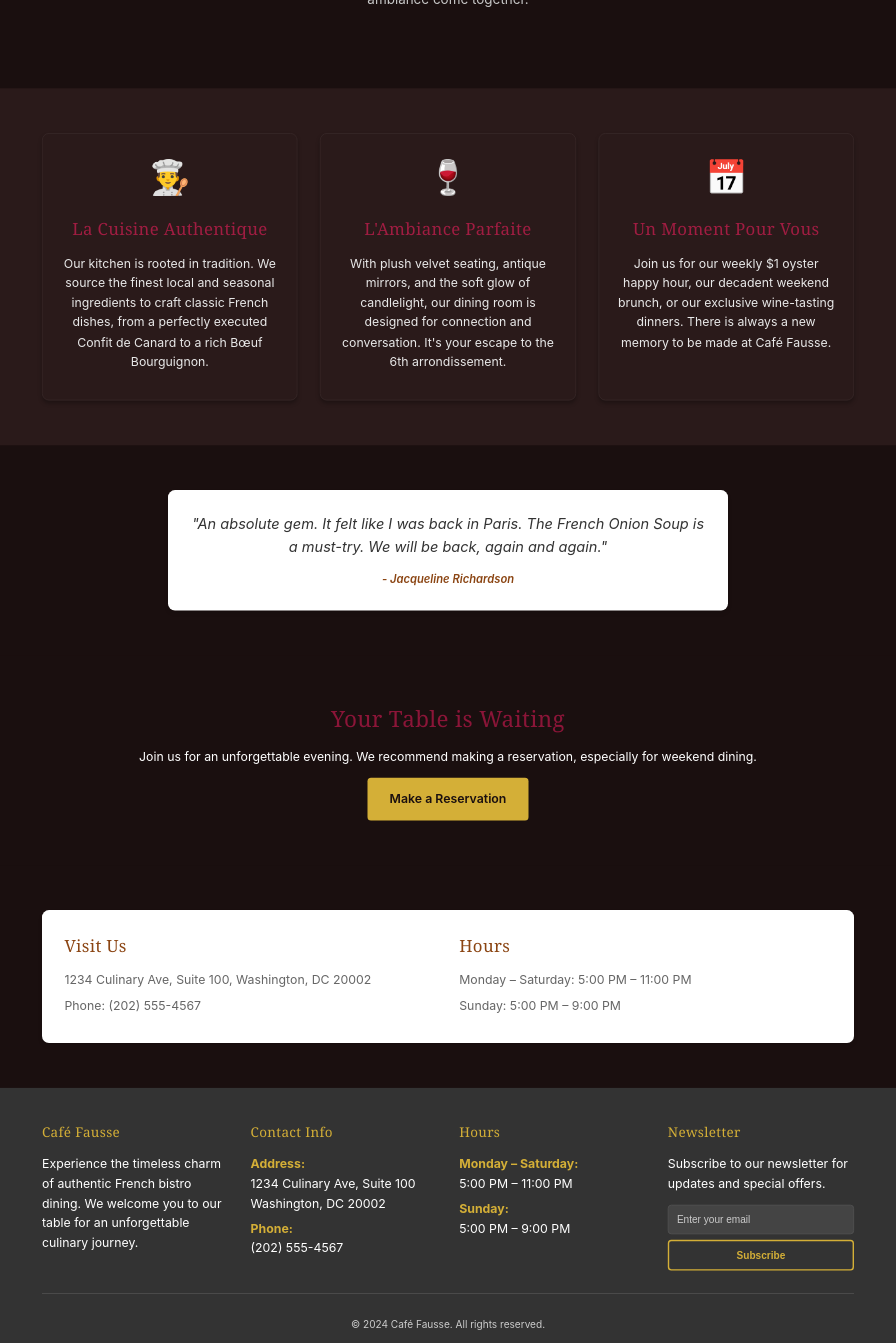
Repository: MatVanDenArt/MSSE-Cafe-Fausse
Page: / (app in frontend/)
The author's editor kept a copy of each file at every save. The page is drawn from the files as they stood at one save, then again after the next save.
The browser window is 1280 px wide. The pictures show the part of the page from y = 1053 to 2973 px (the page is 2972 px tall before and 2973 px after), at 70% of full size.
The page's requests for data from a server got no answer. The project was rebuilt for these pictures with package versions that can differ from the ones it lists, and the page was loaded fresh each time. No one was signed in, and anything a server would have sent is missing. Also part of the build but not shown: frontend/src/pages/Menu.css, frontend/src/pages/Menu.js, frontend/src/pages/Reservations.css, frontend/src/pages/Reservations.js, frontend/src/pages/About.css, frontend/src/pages/About.js, frontend/src/pages/Gallery.css, frontend/src/pages/Gallery.js.

Above is the page before, as saved 2025-10-26 15:10:20.

After the next save:
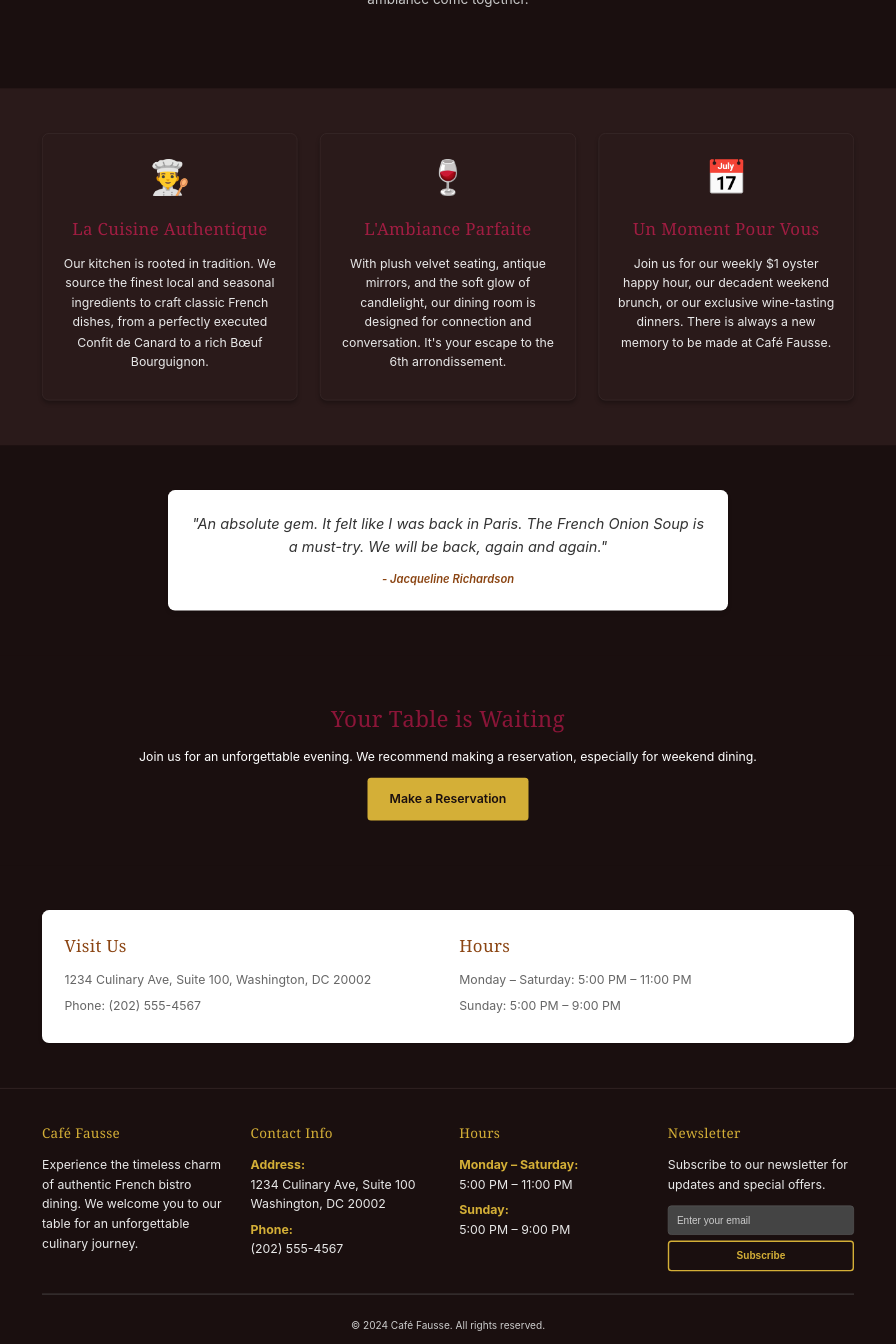
Saved 5 s later.
--- a/frontend/src/components/Footer.css
+++ b/frontend/src/components/Footer.css
@@ -1,8 +1,9 @@
 .footer {
-  background-color: #333;
-  color: white;
+  background-color: #1a0f0f;
+  color: #e8e8e8;
   padding: 3rem 0 1rem;
   margin-top: auto;
+  border-top: 1px solid #3a2a2a;
 }
 
 .footer-content {
